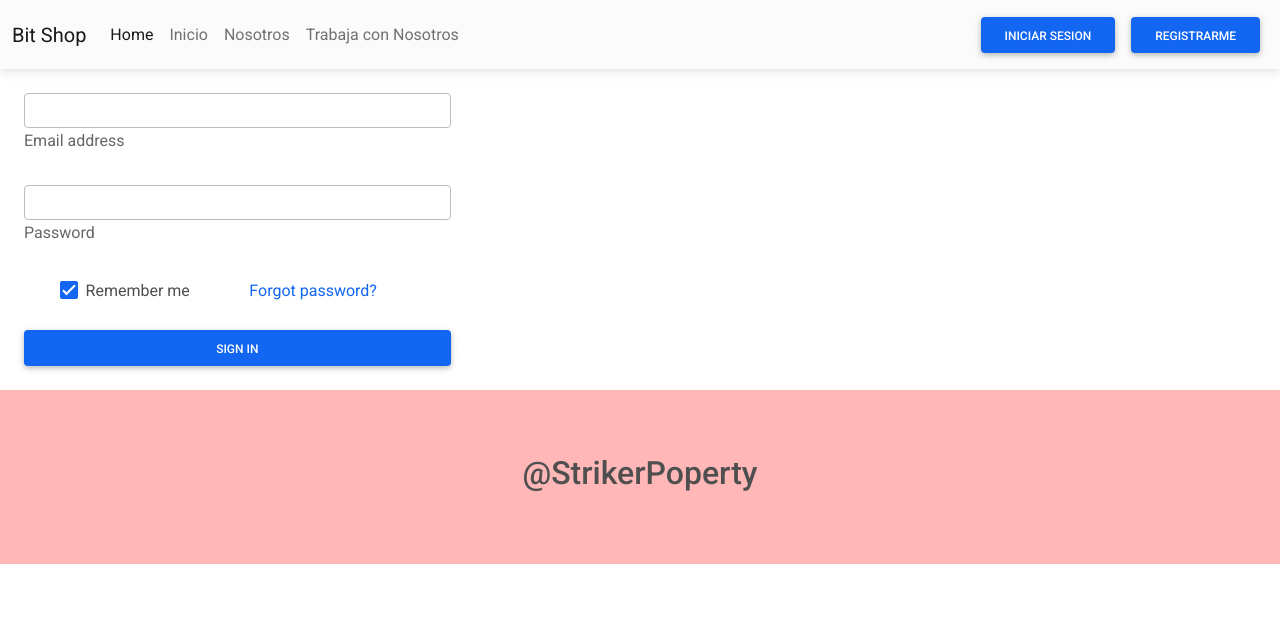
Repository: TzStrikerYT/myClassRoom
Page: /login (app in bit-shop-front/)
An editor plug-in stored every save of this project. The page is shown before and after the next save, followed by the edit.
The browser window is 1280 px wide. The pictures show the whole page.
The project was rebuilt for these pictures with package versions that can differ from the ones it lists, and the page was loaded fresh each time. Also part of the build but not shown: bit-shop-front/angular.json, bit-shop-front/src/app/components/home/home.component.ts, bit-shop-front/src/app/components/not-found/not-found.component.ts.

Above is the page before, as saved 2022-02-23 19:00:44.

After the next save:
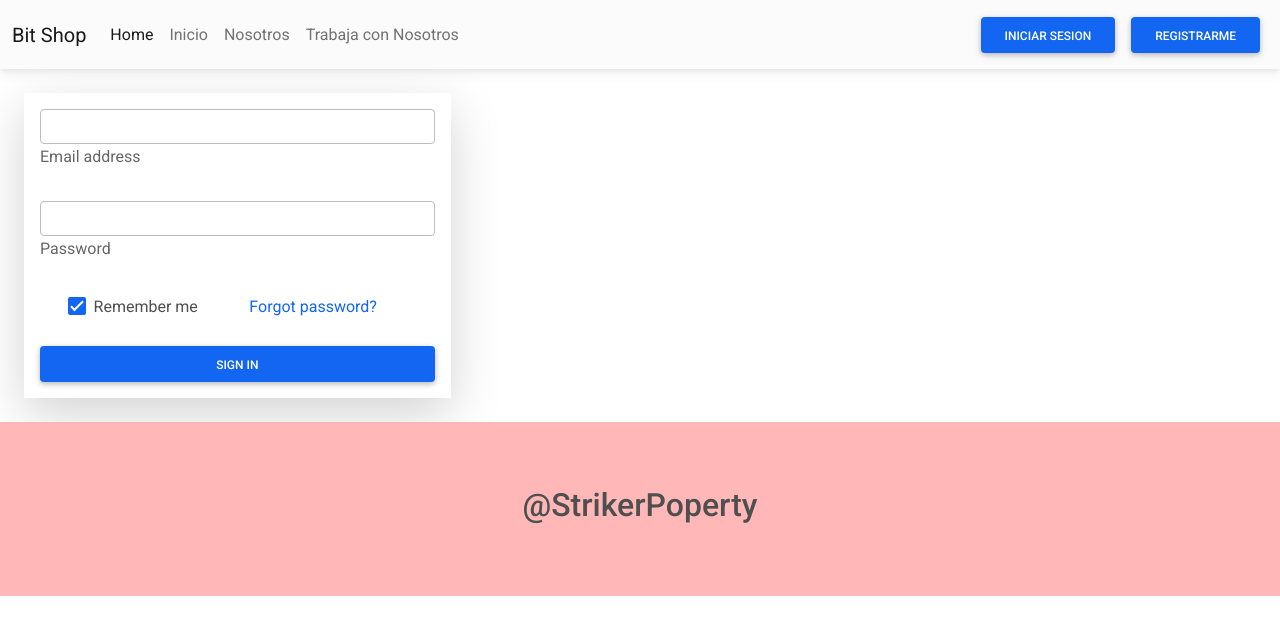
Saved 24 s later.
--- a/bit-shop-front/src/app/components/login/login.component.html
+++ b/bit-shop-front/src/app/components/login/login.component.html
@@ -1,6 +1,6 @@
 <section>
 
-    <div class="col-sm-4 m-4">
+    <div class="col-md-4 m-4 p-3 shadow-lg">
         <form>
             <!-- Email input -->
             <div class="mb-4">
